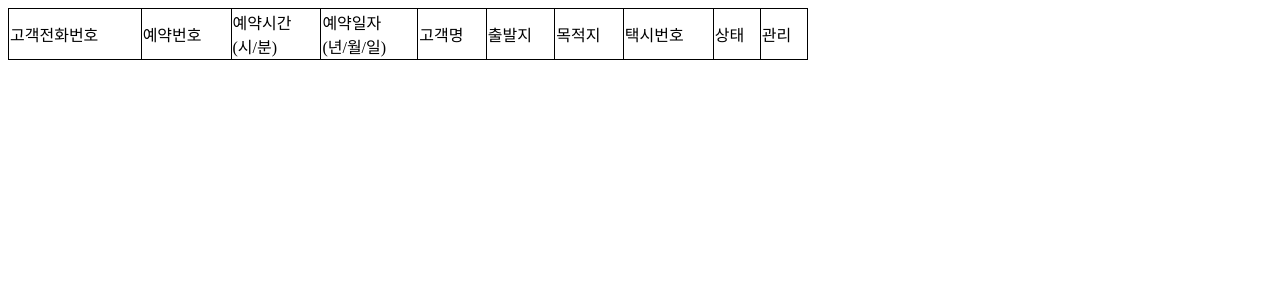
Repository: khs220507/WebClass
Page: http://localhost/prj0829_taxi_practice/list.jsp
An editor plug-in stored every save of this project. The page is shown before and after the next save, followed by the edit.
The browser window is 1280 px wide. The pictures show the whole page.
The page is served by Tomcat 9. Queries for data that is not in the repository find no rows.

Above is the page before, as saved 2023-08-29 05:11:59.

### prj0829_taxi_practice/src/main/webapp/list.jsp
<%@ page language="java" contentType="text/html; charset=UTF-8"
	pageEncoding="UTF-8"%>
<%@  page import="java.sql.*"%>
<!DOCTYPE html>
<html>
<head>
<meta charset="UTF-8">
<title>Insert title here</title>
<link href="./css/list.css" rel="stylesheet" />
</head>
<body>

	<table>
		<tr>
			<td>고객전화번호</td>
			<td>예약번호</td>
			<td>예약시간<br>(시/분)
			</td>
			<td>예약일자<br> (년/월/일)
			</td>
			<td>고객명</td>
			<td>출발지</td>
			<td>목적지</td>
			<td>택시번호</td>
			<td>상태</td>
			<td>관리</td>
		</tr>

		<%
		Connection con = null;
		Statement st = null;
		ResultSet rs = null;
		try {
			String driver = "oracle.jdbc.driver.OracleDriver";
			String url = "jdbc:oracle:thin:@localhost:1521:testdb";
			String user = "scott";
			String password = "tiger";

			//1. 오라클드라이버 로딩
			Class.forName(driver); //2. 데이터베이스 연결
			con = DriverManager.getConnection(url, user, password); //3. statement 얻어오기
			st = con.createStatement();
			//4. 필요한 sql 작성
			String sql = " select substr(cust.tel, 1, 3) || '-' || substr(cust.tel, 4, 4)  || '-' || substr(cust.tel, 8, 4)  tel,";
			sql += " call.regno ,substr( lpad( regtime, 4, '0') , 1 ,2 )  || ':' || substr( lpad( regtime, 4, '0') , 3 ,2 )  regtime";
			sql += " , to_char( call.regdate ,'yyyy-mm-dd' ) ,";
			sql += " cust.name,  call.startpoint,";
			sql += " call.DESTINATION  ,  call.taxino,";
			sql += " decode(call.state ,'P', '배차완료', 'R', '배차준비' , 'X', '배차미정')";
			sql += " from tblcall_list  call";
			sql += " join tblcust  cust ";
			sql += " on  call.CUSNO  = cust.id"; //5. 최종적으로 실행
			System.out.println(sql);
			rs = st.executeQuery(sql);
			//6. 가져온 쿼리 결과를 화면에 출력하기
			while (rs.next()) {
		%>
		<!-- db연동후 데이터 조회부분 -->
		<tr>
			<td><%=rs.getString(1)%></td>
			<td><%=rs.getString(2)%></td>
			<td><%=rs.getString(3)%></td>
			<td><%=rs.getString(4)%></td>
			<td><%=rs.getString(5)%></td>
			<td><%=rs.getString(6)%></td>
			<td><%=rs.getString(7)%></td>
			<td><%=rs.getString(8)%></td>
			<td><%=rs.getString(9)%></td>
			<td></td>
		</tr>
		<%
		}
		} catch (Exception e) {
		e.printStackTrace();
		} finally { //자원의 반납
		if (rs != null)
		rs.close();
		if (st != null)
		st.close();
		if (con != null)
		con.close();
		}
		%>
	</table>

</body>
</html>

### prj0829_taxi_practice/src/main/webapp/css/list.css
@charset "UTF-8";
table{
	width: 800px;
	border:1px solid black;
	border-collapse: collapse;
}

td{
		border:1px solid black;

}

After the next save:
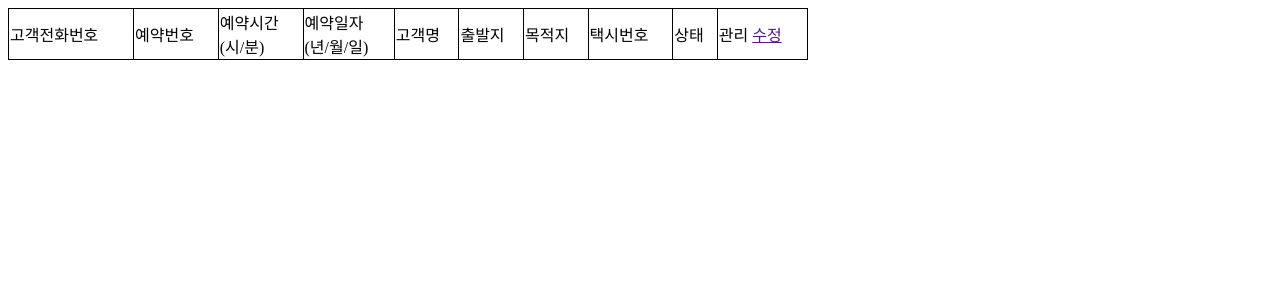
Saved 84 s later.
--- a/prj0829_taxi_practice/src/main/webapp/list.jsp
+++ b/prj0829_taxi_practice/src/main/webapp/list.jsp
@@ -23,7 +23,9 @@
 			<td>목적지</td>
 			<td>택시번호</td>
 			<td>상태</td>
-			<td>관리</td>
+			<td>관리
+			<a href="">수정</a>
+			</td>
 		</tr>
 
 		<%

After the save that followed:
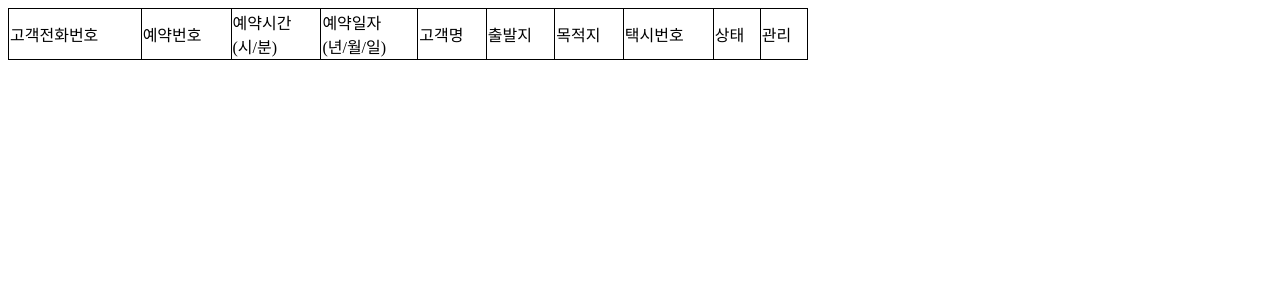
Saved 45 s later.
--- a/prj0829_taxi_practice/src/main/webapp/list.jsp
+++ b/prj0829_taxi_practice/src/main/webapp/list.jsp
@@ -24,7 +24,7 @@
 			<td>택시번호</td>
 			<td>상태</td>
 			<td>관리
-			<a href="">수정</a>
+
 			</td>
 		</tr>
 
@@ -68,7 +68,7 @@
 			<td><%=rs.getString(7)%></td>
 			<td><%=rs.getString(8)%></td>
 			<td><%=rs.getString(9)%></td>
-			<td></td>
+			<td><a href="">수정</a></td>
 		</tr>
 		<%
 		}
